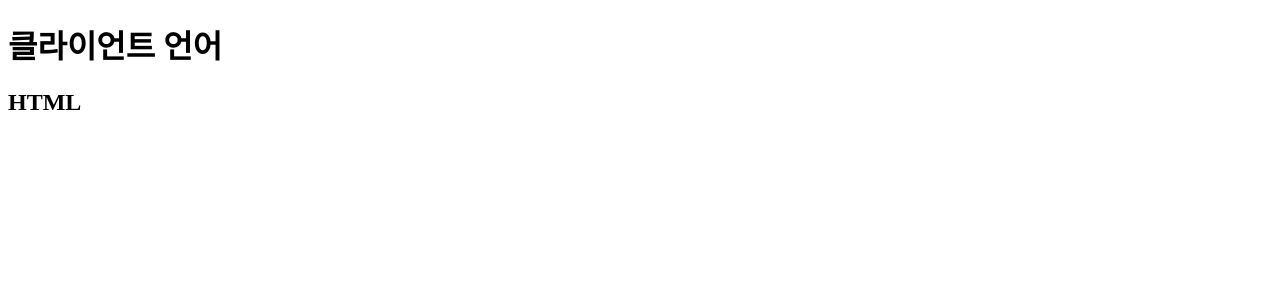
Repository: sujin9335/Front-end
Page: ClientTest/src/main/webapp/html/문제/4.html
The author's editor kept a copy of each file at every save. The page is drawn from the files as they stood at one save, then again after the next save.
The browser window is 1280 px wide. The pictures show the whole page.

Above is the page before, as saved 2023-09-20 03:23:32.

### ClientTest/src/main/webapp/html/문제/4.html
<!DOCTYPE html>
<html>
<head>
<meta charset="UTF-8">
<title>Insert title here</title>
</head>
<body>

<h1>클라이언트 언어</h1>
<h2>HTML</h2>



</body>
</html>

After the next save:
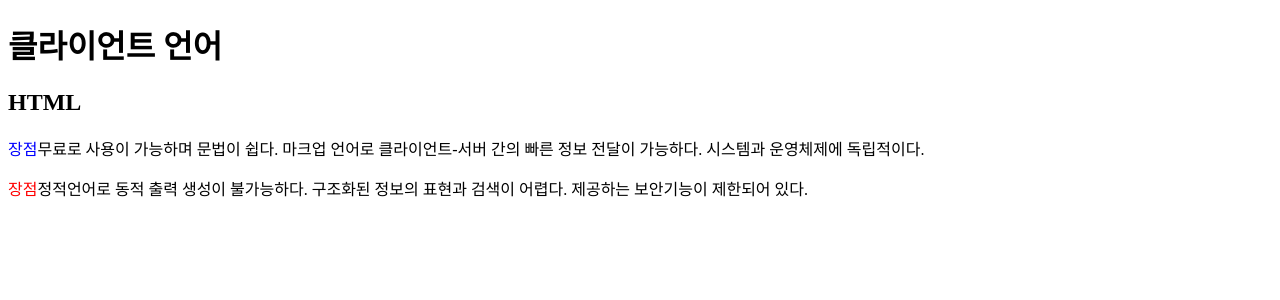
Saved 55 s later.
--- a/ClientTest/src/main/webapp/html/문제/4.html
+++ b/ClientTest/src/main/webapp/html/문제/4.html
@@ -8,8 +8,8 @@
 
 <h1>클라이언트 언어</h1>
 <h2>HTML</h2>
-
-
+<p><font color="blue">장점</font>무료로 사용이 가능하며 문법이 쉽다. 마크업 언어로 클라이언트-서버 간의 빠른 정보 전달이 가능하다. 시스템과 운영체제에 독립적이다.</p>
+<p><font color="red">장점</font>정적언어로 동적 출력 생성이 불가능하다. 구조화된 정보의 표현과 검색이 어렵다. 제공하는 보안기능이 제한되어 있다.</p>
 
 </body>
 </html>
